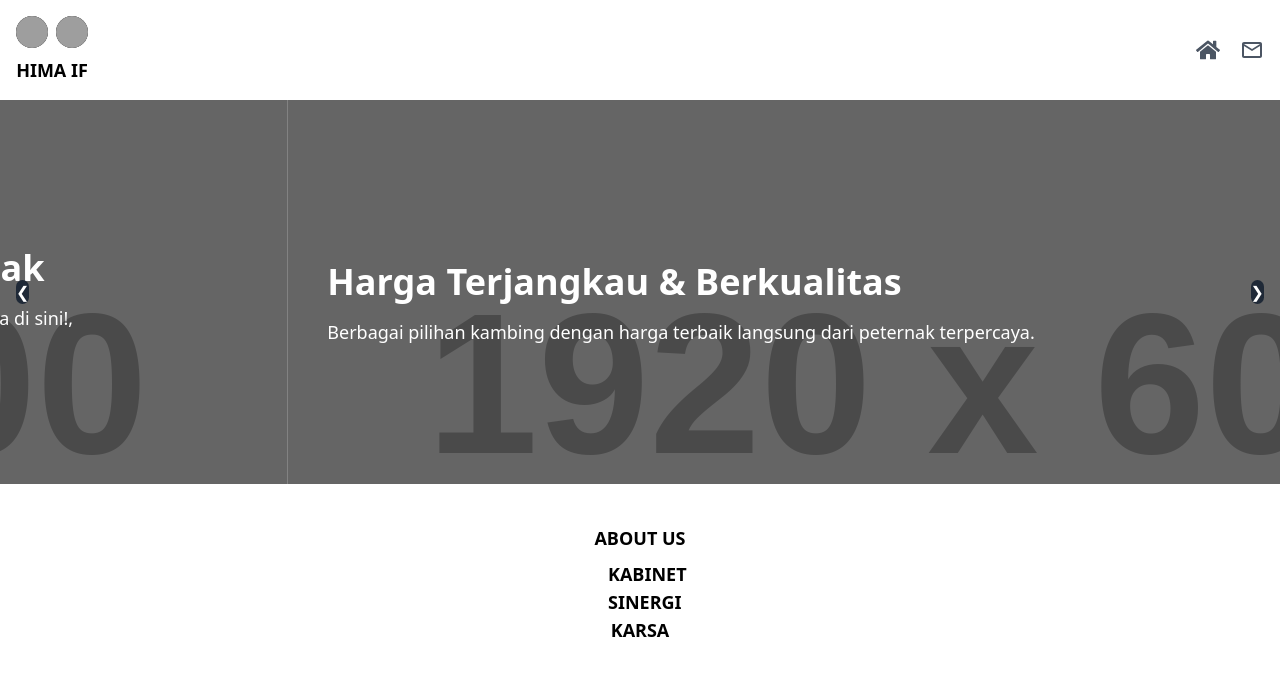
Repository: MUHAMADTEGARWIJAYA/himaif
Page: /
These files come from the project's save history. The page is drawn as it stood at one moment and after the next save; the edit follows.
The browser window is 1280 px wide. The pictures show the whole page.
Pictures or frames that could not be fetched are drawn as grey boxes. The project was rebuilt for these pictures with package versions that can differ from the ones it lists, and the page was loaded fresh each time. Also part of the build but not shown: vite.config.js.

Above is the page before, as saved 2024-12-21 14:48:18.

### src/main.jsx
import React from 'react'
import ReactDOM from "react-dom/client"
import './index.css'
import App from './App.jsx'
import { BrowserRouter } from 'react-router-dom'

ReactDOM.createRoot(document.getElementById('root')).render(
  <React.StrictMode>
    <BrowserRouter>
    <App />
    </BrowserRouter>
  </React.StrictMode>
);

### src/App.jsx
import { Routes, Route } from "react-router-dom";
import Slider from "./pages/Content";
import LandingPage from "./layout/LandingPageLay";
import Card from "./pages/Members";

export default function App() {
  return (
    <Routes>
      <Route element={<LandingPage />}>
         <Route path="/" element={<Slider   />}/>
         <Route path="/" element={<Card   />}/>
      </Route>
    </Routes>
  );
}

### src/pages/Content.jsx
import { useState, useEffect } from "react";

const Slider = () => {
  const slides = [
    {
      id: 1,
      image: "https://via.placeholder.com/1920x600", // Ganti dengan URL gambar
      title: "Mudah & Transparan! Kambing Langsung dari Peternak",
      description:
        "Akses langsung ke peternak, harga transparan, dan kualitas terjamin. Pilih kambing untuk kebutuhan Anda hanya di sini!, jdsudvudvbduvbdvbdiobvbvsudvds",
    },
    {
      id: 2,
      image: "https://via.placeholder.com/1920x600", // Ganti dengan URL gambar
      title: "Harga Terjangkau & Berkualitas",
      description:
        "Berbagai pilihan kambing dengan harga terbaik langsung dari peternak terpercaya.",
    },
    {
      id: 3,
      image: "https://via.placeholder.com/1920x600", // Ganti dengan URL gambar
      title: "Pesan Sekarang, Nikmati Kemudahan",
      description:
        "Proses cepat, aman, dan terintegrasi untuk kebutuhan kambing Anda.",
    },
  ];

  const [currentIndex, setCurrentIndex] = useState(0);

  useEffect(() => {
    const interval = setInterval(() => {
      setCurrentIndex((prevIndex) =>
        prevIndex === slides.length - 1 ? 0 : prevIndex + 1
      );
    }, 5000); // Ganti dengan waktu delay (ms)
    return () => clearInterval(interval);
  }, [slides.length]);

  const prevSlide = () => {
    setCurrentIndex(currentIndex === 0 ? slides.length - 1 : currentIndex - 1);
  };

  const nextSlide = () => {
    setCurrentIndex((currentIndex + 1) % slides.length);
  };

  return (
    <div className="relative w-full h-96 overflow-hidden">
      <div
        className="flex transition-transform duration-1000"
        style={{ transform: `translateX(-${currentIndex * 100}%)` }}
      >
        {slides.map((slide) => (
          <div
            key={slide.id}
            className="w-full h-[600px] flex-shrink-0 relative"
            style={{
              backgroundImage: `url(${slide.image})`,
              backgroundSize: "cover",
              backgroundPosition: "center",
            }}
          >
            <div className="absolute inset-0 bg-black bg-opacity-50 flex flex-col justify-center mb-48 items-start p-10 text-white">
              <h1 className="text-4xl font-bold mb-4">{slide.title}</h1>
              <p className="text-lg">{slide.description}</p>
            </div>
          </div>
        ))}
      </div>
      <button
        onClick={prevSlide}
        className="absolute top-1/2 left-4 -translate-y-1/2 bg-gray-800 text-white rounded-full"
      >
        &#10094;
      </button>
      <button
        onClick={nextSlide}
        className="absolute top-1/2 right-4 -translate-y-1/2 bg-gray-800 text-white rounded-full"
      >
        &#10095;
      </button>
    </div>
  );
};

export default Slider;

### src/layout/LandingPageLay.jsx
import Navbar from '../pages/Navbar';

import App from "../pages/Members";
import Slider from "../pages/Content";

const LandigPage = () => {
    return (
        <div className='bg-white'>
            <Navbar />
             <Slider />
             <App />
         </div>
    );
};

export default LandigPage;

### src/pages/Members.jsx
const About = () => {
    return (
      <div className="flex flex-col justify-center items-center mt-10">
        <h1 className="text-center font-bold text-lg">ABOUT US</h1>

          <h1 className="text-center w-24 font-bold text-lg py-2 px-4">
            KABINET SINERGI KARSA
          </h1>

      </div>
    );
  };

  export default About;

### src/pages/Navbar.jsx
import  { useState, useEffect } from "react";
import { FaHome } from "react-icons/fa";
import { MdOutlineEmail } from "react-icons/md";

const Navbar = () => {
  const [isVisible, setIsVisible] = useState(true);

  useEffect(() => {
    const handleScroll = () => {
      // Check scroll position
      if (window.scrollY > 50) {
        setIsVisible(false); // Hide when scrolled down
      } else {
        setIsVisible(true); // Show when at top
      }
    };

    window.addEventListener("scroll", handleScroll);

    // Cleanup event listener on unmount
    return () => {
      window.removeEventListener("scroll", handleScroll);
    };
  }, []);

  return (
    <div className="relative">
      <div
        className={`flex items-center p-4 bg-transparent justify-between space-x-5 text-white transition-transform duration-300 ${
          isVisible ? "translate-y-0" : "-translate-y-full"
        }`}
      >
        {/* Bagian Kiri */}
        <div className="flex flex-col items-center space-y-2">
  <div className="flex space-x-2">
    <img
      src="image.jpg" // Gunakan default jika avatar kosong
      alt="User Avatar"
      className="w-8 h-8 bg-black rounded-full"
    />
    <img
      src="image.jpg" // Gunakan default jika avatar kosong
      alt="User Avatar"
      className="w-8 h-8 bg-black rounded-full"
    />
  </div>
  <span className="text-lg font-bold text-black">HIMA IF</span>
</div>


        {/* Bagian Kanan */}
        <div className="flex items-center relative space-x-5">
          <button className="text-gray-600 hover:text-gray-800">
            <FaHome className="w-6 h-6" />
          </button>
          <button className="text-gray-600 hover:text-gray-800">
            <MdOutlineEmail className="w-6 h-6" />
          </button>
          {/* Avatar */}

        </div>
      </div>
    </div>
  );
};

export default Navbar;

Loaded but not shown: index.html (common file); src/index.css (common file); tailwind.config.js (common file)

After the next save:
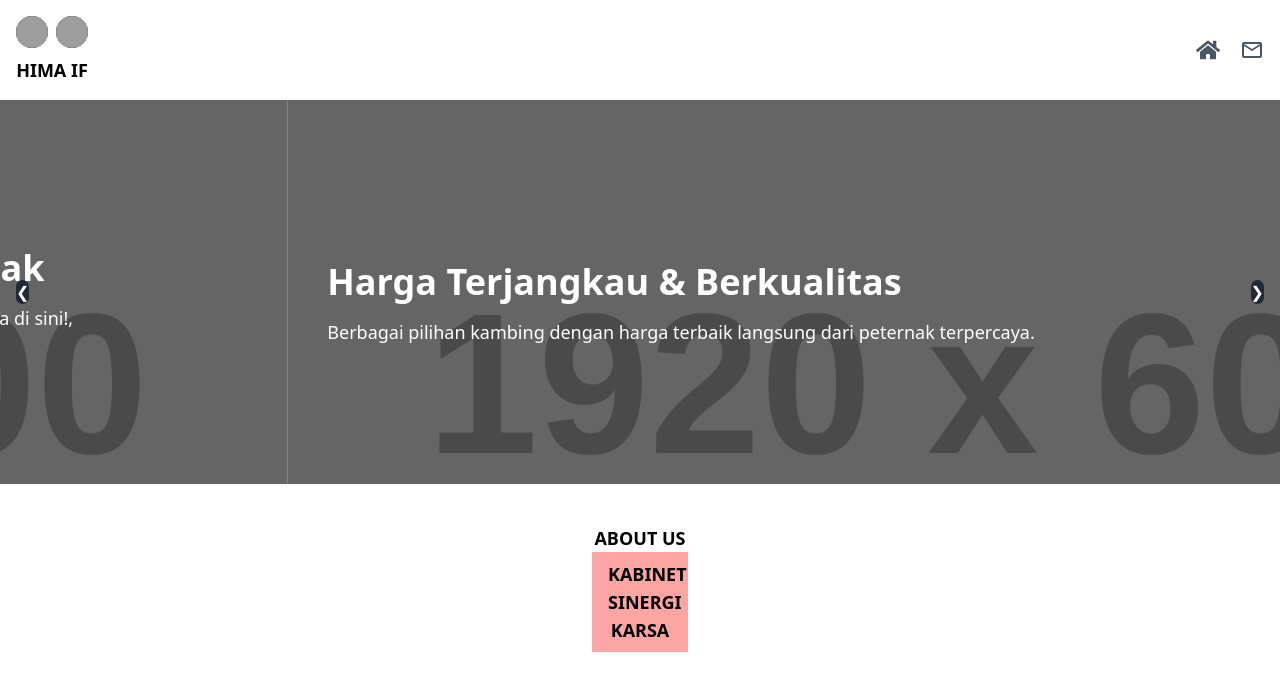
Saved 15 s later.
--- a/src/pages/Members.jsx
+++ b/src/pages/Members.jsx
@@ -3,7 +3,7 @@ const About = () => {
       <div className="flex flex-col justify-center items-center mt-10">
         <h1 className="text-center font-bold text-lg">ABOUT US</h1>
 
-          <h1 className="text-center w-24 font-bold text-lg py-2 px-4">
+          <h1 className="text-center w-24 bg-red-300 font-bold text-lg py-2 px-4">
             KABINET SINERGI KARSA
           </h1>
 
